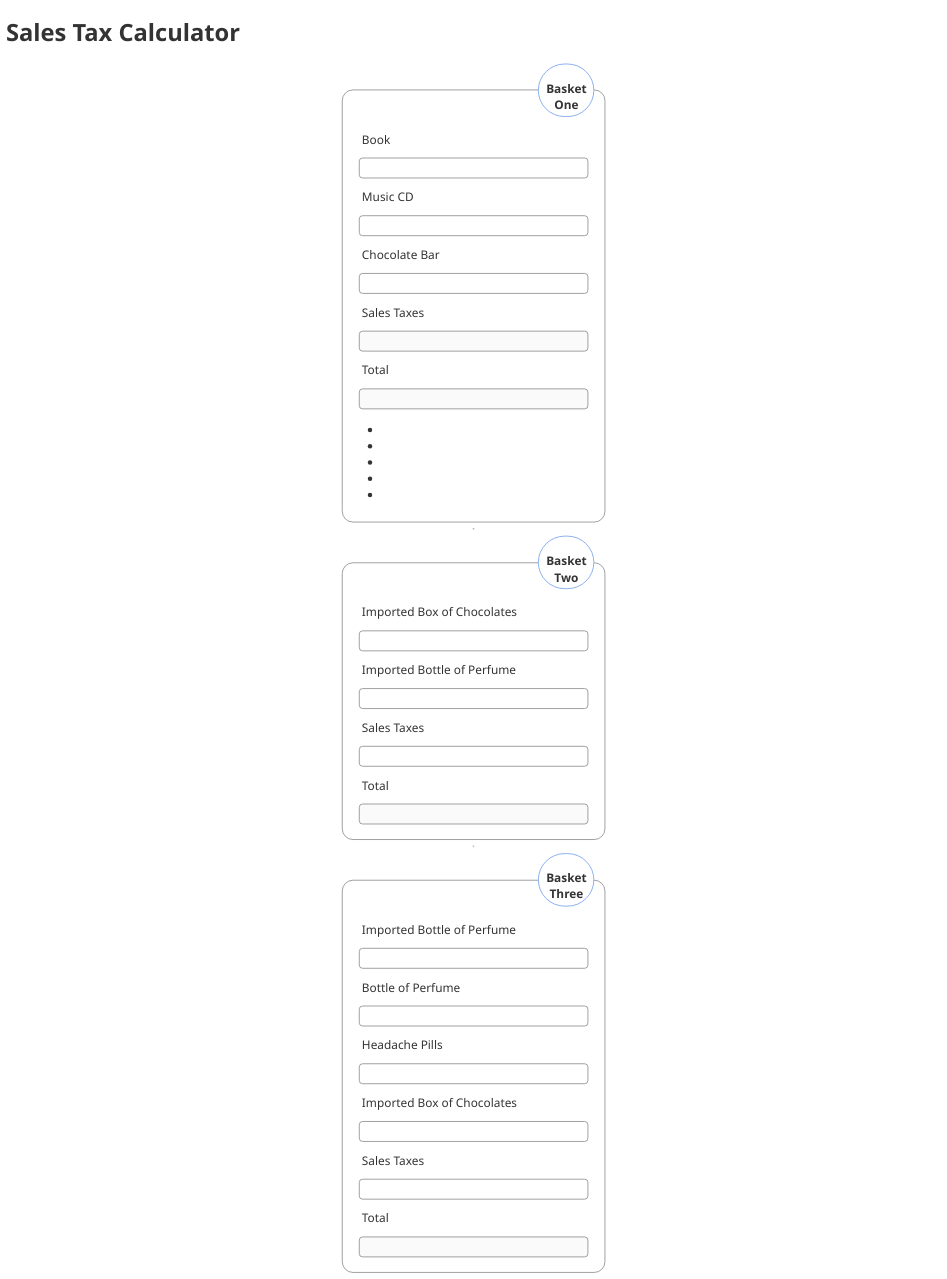
Repository: duzzisantos/sales-tax
Page: index.html
These files come from the project's save history. The page is drawn as it stood at one moment and after the next save; the edit follows.
The browser window is 1280 px wide. The pictures show the whole page, at 74% of full size.

Above is the page before, as saved 2022-05-25 21:42:16.

### index.html
<!DOCTYPE html>
<html lang="en">

<head>
    <meta charset="UTF-8">
    <meta http-equiv="X-UA-Compatible" content="IE=edge">
    <meta name="viewport" content="width=device-width, initial-scale=1.0">
    <link href="style.css" rel="stylesheet">
    <title>Sales Tax Calculator</title>
</head>

<body>
    <h1>Sales Tax Calculator</h1>
    <section id="container">
        <fieldset>
            <legend>
                <h4>Basket One</h4>
            </legend>
            <label for="book">Book</label>
            <input id="book" type="number" name="book" onchange="basketOne()" />
            <label for="musicCD">Music CD</label>
            <input id="musicCD" type="number" name="musicCD" onchange="basketOne()" />
            <label for="chocolateBar">Chocolate Bar</label>
            <input id="chocolateBar" type="number" name="chocolateBar" onchange="basketOne()" />
            <label for="sales-taxes">Sales Taxes</label>
            <input id="sales-taxes" type="number" name="sales-taxes" onchange="basketOne()" disabled />
            <label for="total">Total</label>
            <input id="total" type="number" name="total" onchange="basketOne()" disabled />
            <ul class="listOne">
                <li></li>
                <li></li>
                <li></li>
                <li></li>
                <li></li>
            </ul>
        </fieldset>
        <hr>

        <fieldset>
            <legend>
                <h4>Basket Two</h4>
            </legend>
            <label for="imported-box-chocolate">Imported Box of Chocolates</label>
            <input id="imported-box-chocolate" type="number" name="imported-box-chocolate" onchange="basketTwo()" />
            <label for="imported-perfume">Imported Bottle of Perfume</label>
            <input id="imported-perfume" type="number" name="imported-perfume" onchange="basketTwo()" />

            <label for="sales-taxes2">Sales Taxes</label>
            <input id="sales-taxes2" type="number" name="sales-taxes2" onchange="basketTwo()" />
            <label for="total">Total</label>
            <input disabled id="total2" type="number" name="total2" onchange="basketTwo()" />
        </fieldset>
        <hr>

        <fieldset>
            <legend>
                <h4>Basket Three</h4>
            </legend>
            <label for="imported-perfume2">Imported Bottle of Perfume</label>
            <input id="imported-perfume2" type="number" name="imported-perfume2" onchange="basketThree()" />
            <label for="bottle-perfume">Bottle of Perfume</label>
            <input id="bottle-perfume" type="number" name="bottle-perfume" onchange="basketThree()" />
            <label for="pills">Headache Pills</label>
            <input id="pills" type="number" name="pills" onchange="basketThree()" />
            <label for="imported-box-chocolate2">Imported Box of Chocolates</label>
            <input id="imported-box-chocolate2" type="number" name="imported-box-chocolate2" onchange="basketThree()" />
            <label for=" sales-taxes3">Sales Taxes</label>
            <input id="sales-taxes3" type="number" name="sales-taxes3" onchange="basketThree()" />
            <label for="total3">Total</label>
            <input disabled id="total3" type="number" name="total3" onchange="basketThree()" />
        </fieldset>
    </section>
</body>
<script src="first.js"></script>
<script src="second.js"></script>
<script src="third.js"></script>

</html>

### style.css
*{
    color: rgb(0,0,0,0.8);
    font-family: 'Segoe UI', Tahoma, Geneva, Verdana, sans-serif;
}

#container{
    display: flex;
    flex-direction: column;
    align-items: center;
    justify-content: center;
    bottom: 0;
}

fieldset{
    height: fit-content;
    width: 20%;
    border: 1px solid grey;
    border-radius: 15px;
}

legend{
    height: 70px;
    width: 70px;
    border: 1px solid cornflowerblue;
    border-radius: 50px;
    margin-left: 38%;
    text-align: center;
}

label, input{
    display: block;
    margin: 10px;
    padding: 4px;
}

input{
    width: 300px;
    border-radius: 5px;
    border: 1px solid grey;
}

### first.js
//Variables for tax rate
let taxFree = 0;
let basicTax = 10;
let importDuty = 5;

//imported basic taxable items attract an extra non-negotiable tax rate of 5%, therefore 10% + 5% = 15%
let basicPlusImportDuty = basicTax + importDuty;

//An app that computes the first basket of goods
const basketOne = () => {
  let book = document.getElementById("book").value;
  let musicCD = document.getElementById("musicCD").value;
  let chocolateBar = document.getElementById("chocolateBar").value;

  // The plus sign is used in front of every variable to indicate to JavaScript that they are numerical values
  // Without this, they would become concatenated strings

  //these are the sums of the items and their taxes
  let bookPlusTax = +taxFree * +book + +book;
  let musicCDPlusTax = (basicTax * +musicCD) / 100 + +musicCD;
  let chocolateBarPlusTax = +taxFree * +chocolateBar + +chocolateBar;

  //this computes the total price paid by the customer
  let netPayment = +bookPlusTax + +musicCDPlusTax + +chocolateBarPlusTax;
  document.getElementById("total").value = netPayment.toFixed(2);

  //this computes the total sales tax generated
  let totalTaxes =
    bookPlusTax -
    book +
    (musicCDPlusTax - musicCD) +
    (chocolateBarPlusTax - chocolateBar);

  //Math.ceil and toFixed method helps us round up to the nearest 0.05
  document.getElementById("sales-taxes").value = (
    Math.ceil(totalTaxes * 20) / 20
  ).toFixed(2);
};

### second.js
//Variables for tax rate
let basicTax2 = 10;
let importDuty2 = 5;

//imported basic taxable items attract an extra non-negotiable tax rate of 5%, therefore 10% + 5% = 15%
let basicPlusImportDuty2 = basicTax2 + importDuty2;

//An app that computes the second basket of goods
const basketTwo = () => {
  let importedChocolate = document.getElementById(
    "imported-box-chocolate"
  ).value;
  let importedPerfume2 = document.getElementById("imported-perfume").value;

  // The plus sign is used in front of every variable to indicate to JavaScript that they are numerical values
  // Without this, they would become concatenated strings

  //these are the sums of the imported items and their taxes
  let importedChocolatePlusTax =
    (importDuty2 * +importedChocolate) / 100 + +importedChocolate;
  let importedPerfume2PlusTax =
    (basicPlusImportDuty2 * +importedPerfume2) / 100 + +importedPerfume2;

  //Math.ceil and toFixed method helps us round up to the nearest 0.05
  //this computes the total price paid by the customer
  let netPayment = +importedChocolatePlusTax + +importedPerfume2PlusTax;
  document.getElementById("total2").value = (
    Math.ceil(netPayment * 20) / 20
  ).toFixed(2);

  //this computes the total sales tax generated
  let totalTaxes =
    (importDuty2 * +importedChocolate) / 100 +
    (basicPlusImportDuty2 * +importedPerfume2) / 100;
  document.getElementById("sales-taxes2").value = (
    Math.ceil(totalTaxes * 20) / 20
  ).toFixed(2);
};

### third.js
//Variables for tax rate
let taxFree3 = 0;
let basicTax3 = 10;
let importDuty3 = 5;
let basicPlusImportDuty3 = basicTax3 + importDuty3;


//App that computes the third basket of goods
const basketThree = () => {
    let importedPerfume2 = document.getElementById("imported-perfume2").value;
    let bottlePerfume = document.getElementById("bottle-perfume").value;
    let pills = document.getElementById("pills").value;
    let importedChocolate2 = document.getElementById("imported-box-chocolate2").value;


    //    // The plus sign is used in front of every variable to indicate to JavaScript that they are numerical values
     // Without this, they would become concatenated strings

    //these are the sums of the imported items and their taxes
    let importedPerfume2PlusTax = (basicPlusImportDuty3 * +importedPerfume2) / 100 + +importedPerfume2;
    let bottlePerfumePlusTax =
      (basicTax3 * +bottlePerfume) / 100 + +bottlePerfume;
    let pillsPlusTax = (taxFree3 * +pills) + +pills;
    let importedChocolate2PlusTax =
      (importDuty3 * +importedChocolate2) / 100 + +importedChocolate2;

    //Math.ceil and toFixed method helps us round up to the nearest 0.05
    //This computes the prices plus their taxes
    let netPayment =
      importedPerfume2PlusTax +
      bottlePerfumePlusTax +
      pillsPlusTax +
      importedChocolate2PlusTax;
    document.getElementById("total3").value = (Math.ceil(netPayment * 20) / 20).toFixed(2);

    //this computes the total taxes generated from selling basket three
    let totalTaxes =
      importedPerfume2PlusTax -
      importedPerfume2 +
      (bottlePerfumePlusTax - bottlePerfume) +
      (pillsPlusTax - pills) +
      (importedChocolate2PlusTax - importedChocolate2);

    document.getElementById("sales-taxes3").value = (
        Math.ceil(totalTaxes * 20) / 20
      ).toFixed(2);
  };

After the next save:
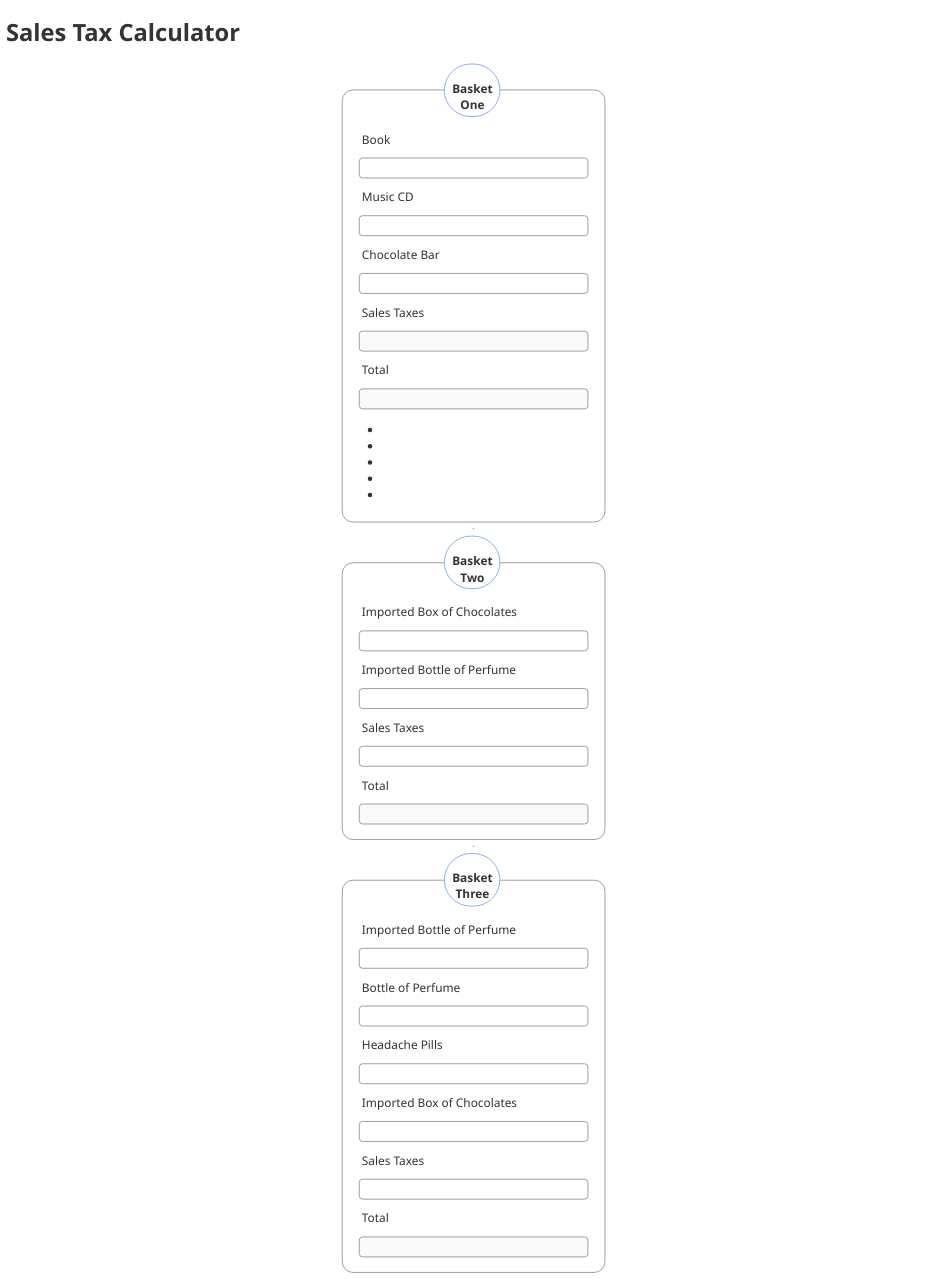
Saved 26 s later.
--- a/style.css
+++ b/style.css
@@ -24,9 +24,11 @@ legend{
     border: 1px solid cornflowerblue;
     border-radius: 50px;
     margin-left: 38%;
+}
+
+legend h4{
     text-align: center;
 }
-
 label, input{
     display: block;
     margin: 10px;
